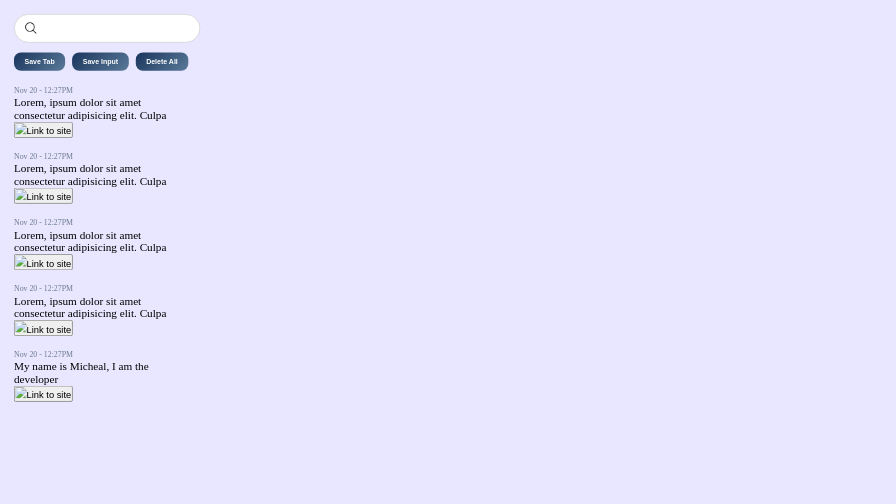
Repository: IdowuMicheal-1/Text-Tab-Organizer
Page: popup.html
The author's editor kept a copy of each file at every save. The page is drawn from the files as they stood at one save, then again after a run of saves.
The browser window is 1280 px wide. The pictures show the part of the page from y = 0 to 1920 px (the page is 720 px tall before and 3254 px after), at 70% of full size.

Above is the page before, as saved 2025-05-14 20:47:14.

### popup.html
<!DOCTYPE html>
<html lang="en">
  <head>
    <meta charset="UTF-8" />
    <meta name="viewport" content="width=device-width, initial-scale=1.0" />
    <link rel="stylesheet" href="./popup.css" />
    <title>Tabs</title>
  </head>
  <body>
    <div class="top-div">
      <div class="input-div">
        <input type="text" class="text-ipt" />
        <img src="./assets/search.png" class="search-icon" />
      </div>
      <div>
        <div class="btn-div">
          <button class="tabs-btn">Save Tab</button>
          <button class="tabs-btn">Save Input</button>
          <button class="tabs-btn">Delete All</button>
        </div>
      </div>
      <ul id="content-list"></ul>
    </div>
    <script src="./popup.js"></script>
  </body>
</html>

### popup.css
*,
::before,
::after {
  margin: 0;
  padding: 0;
}

body {
  width: 300px;
  height: 100px;
  min-height: 100px;
  background-color: #e9e6ff;
}

*::-webkit-scrollbar {
  display: none;
}

* {
  -ms-overflow-style: none;
  scrollbar-width: none;
}

.top-div {
  width: 100%;
  padding: 20px;
}

.input-div {
  position: relative;
  width: 100%;
}

.search-icon {
  position: absolute;
  top: 12px;
  left: 16px;
  width: 16px;
  height: 16px;
  color: #cecece;
  filter: brightness(20%);
}

.text-ipt {
  width: 220px;
  border-radius: 24px;
  padding: 12px 8px;
  border: 1px solid #cecece;
  padding-left: 36px;
  color: #303030;
}
.save {
  font-size: 14px;
  font-weight: 500;
  color: #13294d;
  margin: 0;
}

.btn-div {
  display: flex;
  align-items: center;
  gap: 10px;
  margin-top: 16px;
}

.tabs-btn {
  background: linear-gradient(
    135deg,
    #13294d,
    #4f6d92
  ); /* Choose the one you prefer */
  color: white;
  padding: 0.75em 1.5em;
  border: none;
  border-radius: 10px;
  font-weight: 600;
  cursor: pointer;
  transition: background 0.3s ease, transform 0.2s ease;
  font-size: 10px;
  text-wrap: nowrap;
}

.tabs-btn {
  background: linear-gradient(
    135deg,
    #1a355c,
    #5a7a99
  ); /* slightly lighter on hover */
  transform: translateY(-2px);
}

.content-card {
  background: white;
  border-radius: 12px;
  padding: 1.5rem;
  box-shadow: 0 4px 12px rgba(0, 0, 0, 0.06);
  max-width: 600px;
  margin: 1rem auto;
  color: #13294d;
  font-family: "Segoe UI", sans-serif;
  line-height: 1.6;
}

.div-content {
  margin-top: 20px;
  list-style: none;
}

.date-read {
  font-size: 0.7rem;
  color: #6b7a90;
  margin-bottom: 0;
  font-weight: 500;
}

.content-text {
  margin-bottom: 0rem;
  text-wrap: wrap;
  width: 250px;
  margin-top: 0.2rem;
}

.content-card > a {
  color: #1a4fff;
  text-decoration: none;
  font-weight: 500;
}

.content-card > a:hover {
  text-decoration: underline;
}

#content-list {
  padding-left: 0px;
}

### popup.js
const listContent = document.getElementById("content-list");

const ITEMS = [
    {
        "date":"Nov 20 - 12:27PM",
        "content":"Lorem, ipsum dolor sit amet consectetur adipisicing elit. Culpa",
        "link":"#"
    },
    {
        "date":"Nov 20 - 12:27PM",
        "content":"Lorem, ipsum dolor sit amet consectetur adipisicing elit. Culpa",
        "link":"#"
    },
    {
        "date":"Nov 20 - 12:27PM",
        "content":"Lorem, ipsum dolor sit amet consectetur adipisicing elit. Culpa",
        "link":"#"
    },
    {
        "date":"Nov 20 - 12:27PM",
        "content":"Lorem, ipsum dolor sit amet consectetur adipisicing elit. Culpa",
        "link":"#"
    },
    {
        "date":"Nov 20 - 12:27PM",
        "content":"My name is Micheal, I am the developer",
        "link":"#"
    }
]

// const items = Array.from({ length: 5 });
ITEMS.map((items, index) => {
  const li = document.createElement("li");
  li.className = "div-content";
  li.innerHTML = `

          <div class="date-read">${items.date}</div>
          <div>
          <p class="content-text">
            ${items.content}
          </p>
      <button><img src="./assets/ ><button>
          </div>
          <p><a href="${items.link}">Link to site</a></p>

       `;


    listContent.appendChild(li);
});

const editHandler = () => {
    console.log("Hello")
}

const text = ` hello how are you ${name}`

After the next 4 saves:
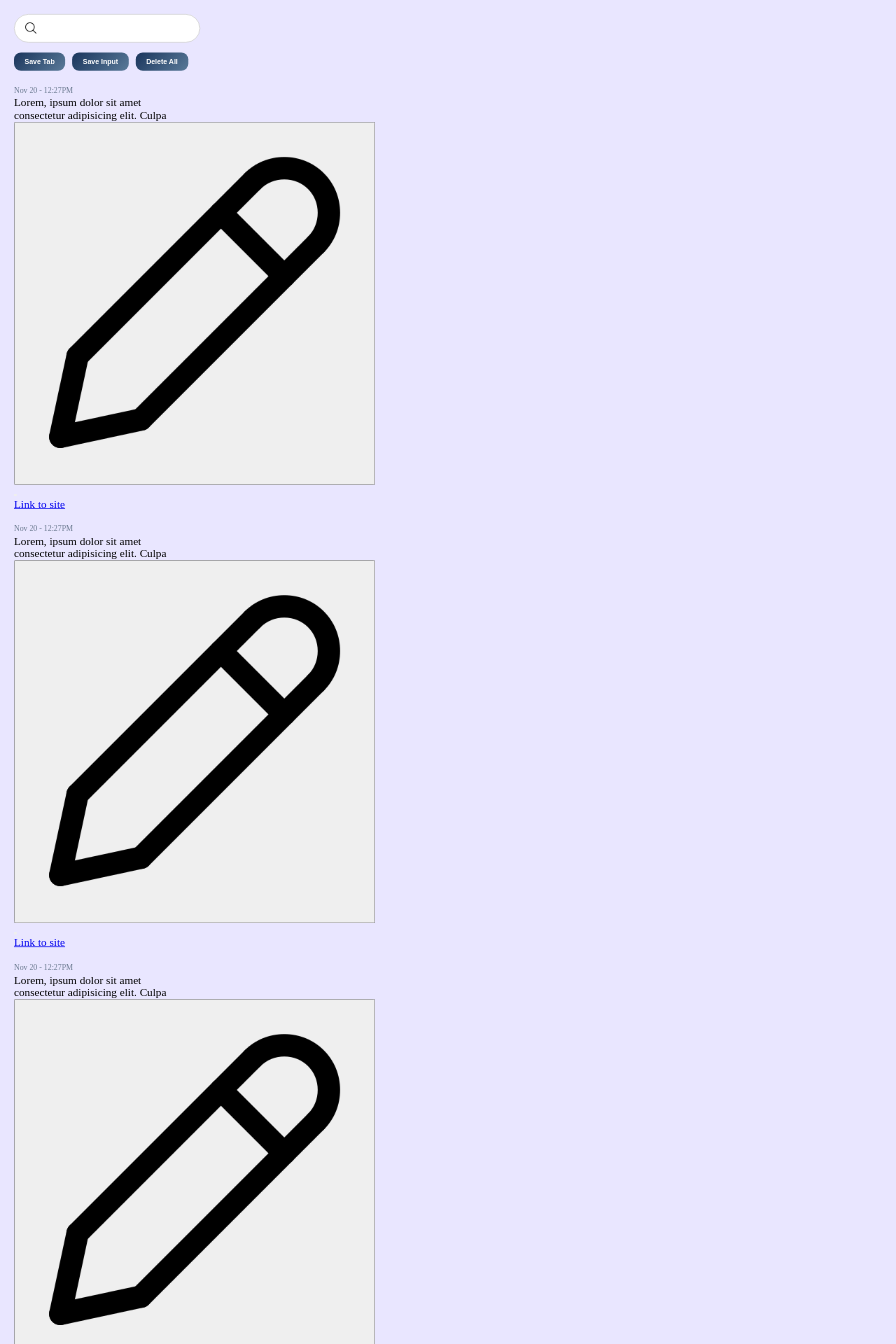
The 4 saves are shown as one change because they came seconds apart.
The last was saved 13 s later.
--- a/popup.js
+++ b/popup.js
@@ -39,7 +39,7 @@ ITEMS.map((items, index) => {
           <p class="content-text">
             ${items.content}
           </p>
-      <button><img src="./assets/ ><button>
+      <button><img src= "./assets/edit.png"><button>
           </div>
           <p><a href="${items.link}">Link to site</a></p>
 
